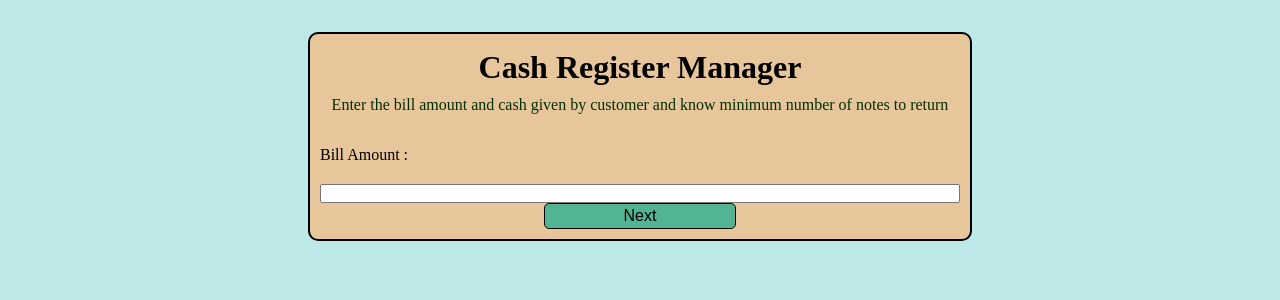
Repository: patelamancode/Cash-register-manager-app
Page: index.html
These files come from the project's save history. The page is drawn as it stood at one moment and after the next save; the edit follows.
The browser window is 1280 px wide. The pictures show the whole page.

Above is the page before, as saved 2022-11-18 15:53:28.

After the next save:
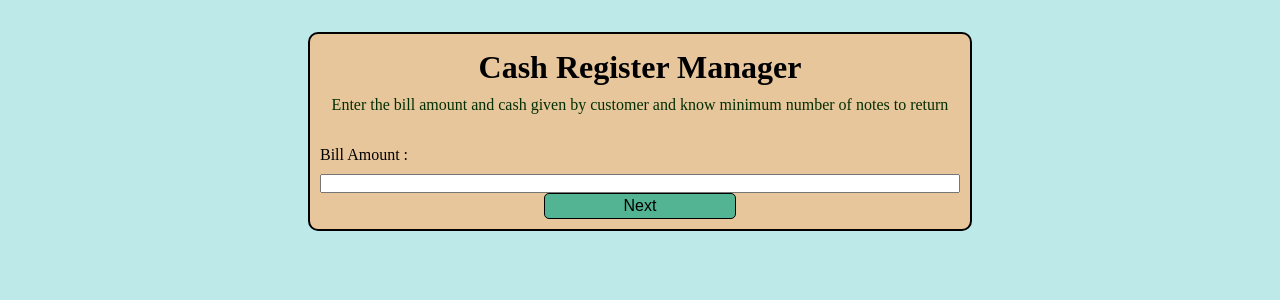
Saved 5 s later.
--- a/index.css
+++ b/index.css
@@ -32,7 +32,7 @@ h1{
 }
 label{
     text-align: left;
-    margin-bottom: 20px;
+    margin-bottom: 10px;
 }
 
 button{
